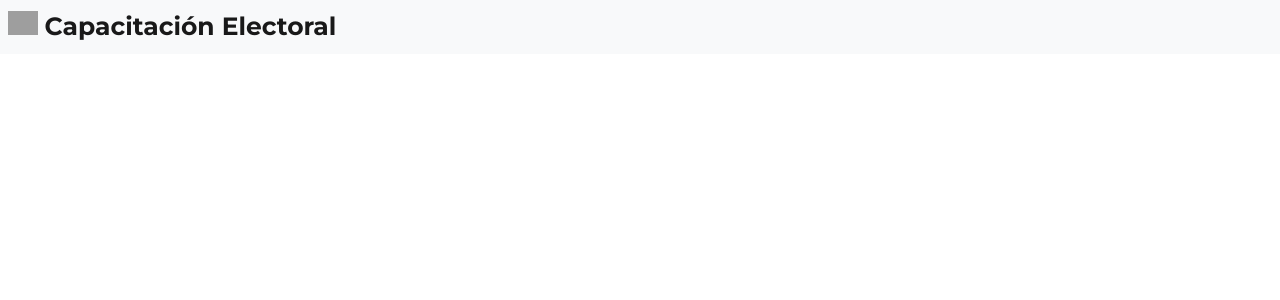
Repository: AlejandroJesusSerrano/capacitacion_electoral
Page: index.html
The author's editor kept a copy of each file at every save. The page is drawn from the files as they stood at one save, then again after the next save.
The browser window is 1280 px wide. The pictures show the whole page.
Pictures or frames that could not be fetched are drawn as grey boxes. Some web fonts or font styles are not loaded; a fallback is used.

Above is the page before, as saved 2023-07-16 11:02:20.

### index.html
<!DOCTYPE html>
<html lang="en">
<head>
  <meta charset="UTF-8">
  <meta name="viewport" content="width=device-width, initial-scale=1.0">
  <title>Capacitación Electoral Salta</title>
  <link rel="stylesheet" href="./lib/bootstrap5.2.3/css/bootstrap.min.css">
  <link rel="stylesheet" href="./css/styles.css">
</head>
<body>
  <nav class="navbar bg-light">
    <div class="container-fluid">
      <a class="navbar-brand nav-title" href="#">
        <img src="/docs/5.2/assets/brand/bootstrap-logo.svg" alt="Logo" width="30" height="24" class="d-inline-block align-text-top">
        Capacitación Electoral
      </a>
    </div>
  </nav>

  <script src="./lib/bootstrap5.2.3/js/bootstrap.min.js"></script>
</body>
</html>

### css/styles.css
@import url('https://fonts.googleapis.com/css2?family=Hind+Madurai:wght@400;700&family=Lora:ital,wght@1,400;1,600&family=Montserrat:wght@500;600;700&display=swap');

*{
  margin: 0;
  padding: 0;
  box-sizing: border-box;
  font-size: 62.5%;
}

.nav-title{
  text-align: center;
  font-family: 'Montserrat', sans-serif;
  font-size: 2.5rem;
  font-weight: 700;
}

Loaded but not shown: lib/bootstrap5.2.3/css/bootstrap.min.css (library); lib/bootstrap5.2.3/js/bootstrap.min.js (library)

After the next save:
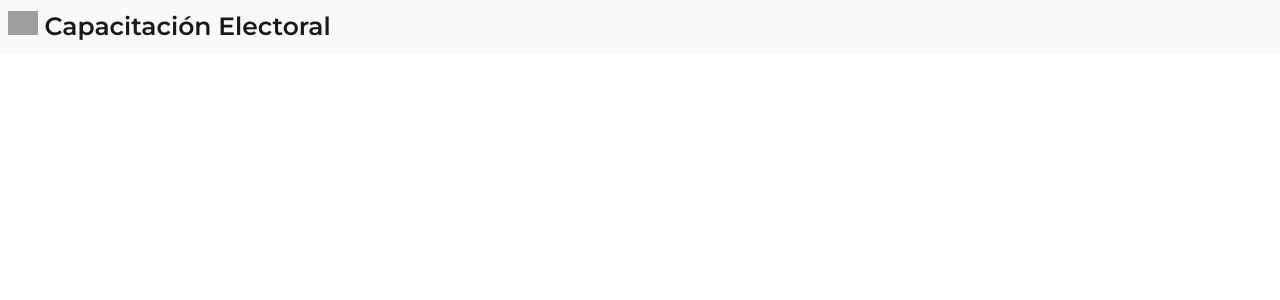
Saved 15 s later.
--- a/css/styles.css
+++ b/css/styles.css
@@ -8,8 +8,7 @@
 }
 
 .nav-title{
-  text-align: center;
   font-family: 'Montserrat', sans-serif;
   font-size: 2.5rem;
-  font-weight: 700;
+  font-weight: 600;
 }
